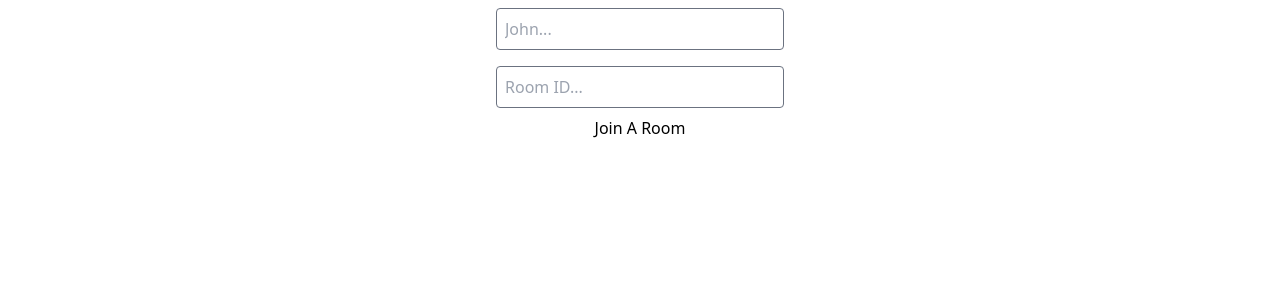
Repository: GabrielMorring/tictactoe
Page: /
These files come from the project's save history. The page is drawn as it stood at one moment and after the next save; the edit follows.
The browser window is 1280 px wide. The pictures show the whole page.
The page's requests for data from a server got no answer. The project was rebuilt for these pictures with package versions that can differ from the ones it lists, and the page was loaded fresh each time. No one was signed in, and anything a server would have sent is missing. Also part of the build but not shown: src/components/Square.jsx, src/components/Board.jsx.

Above is the page before, as saved 2022-06-20 10:14:57.

### src/App.js
import Board from "./components/Board";
import { useState } from "react";
import io from "socket.io-client";

const socket = io.connect("http://localhost:3001");

function App() {
  const [showBoard, setShowBoard] = useState(false);
  const [userName, setUserName] = useState("");
  const [room, setRoom] = useState("");

  const joinRoom = () => {
    if (userName !== "" && room !== "") {
      socket.emit("join_room", room);
      setShowBoard(true);
    } else {
      alert("Please enter a username and room");
    }
  };

  return (
    <div className="">
      {showBoard ? (
        <Board socket={socket} userName={userName} room={room} />
      ) : (
        <div className="flex flex-col w-72 m-auto justify-center items-center">
          <input
            className="w-full p-2 m-2 border border-gray-500 rounded"
            type="text"
            placeholder="John..."
            onChange={(e) => setUserName(e.target.value)}
          />
          <input
            className="w-full p-2 m-2 border border-gray-500 rounded"
            type="text"
            placeholder="Room ID..."
            onChange={(e) => setRoom(e.target.value)}
          />
          <button onClick={joinRoom}>Join A Room</button>
        </div>
      )}
    </div>
  );
}

export default App;

Loaded but not shown: public/index.html (common file); src/index.js (common file); src/index.css (common file); src/reportWebVitals.js (common file); tailwind.config.js (common file)

After the next save:
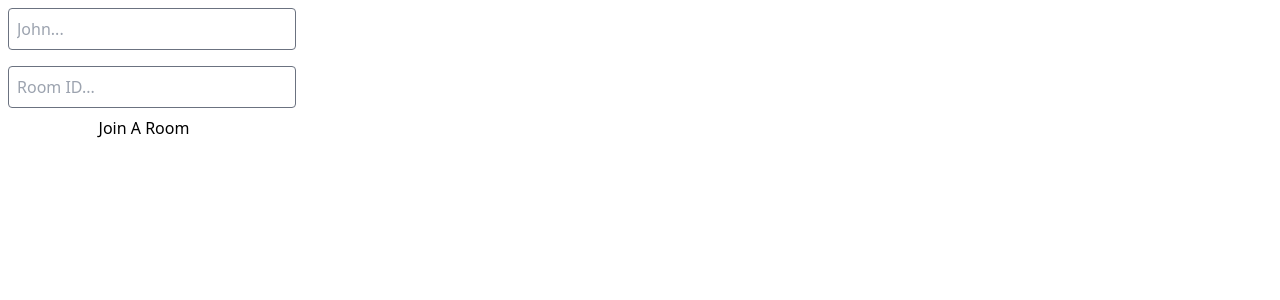
Saved 87 s later.
--- a/src/App.js
+++ b/src/App.js
@@ -23,7 +23,7 @@ function App() {
       {showBoard ? (
         <Board socket={socket} userName={userName} room={room} />
       ) : (
-        <div className="flex flex-col w-72 m-auto justify-center items-center">
+        <div className="flex flex-col w-72 my-auto ">
           <input
             className="w-full p-2 m-2 border border-gray-500 rounded"
             type="text"
